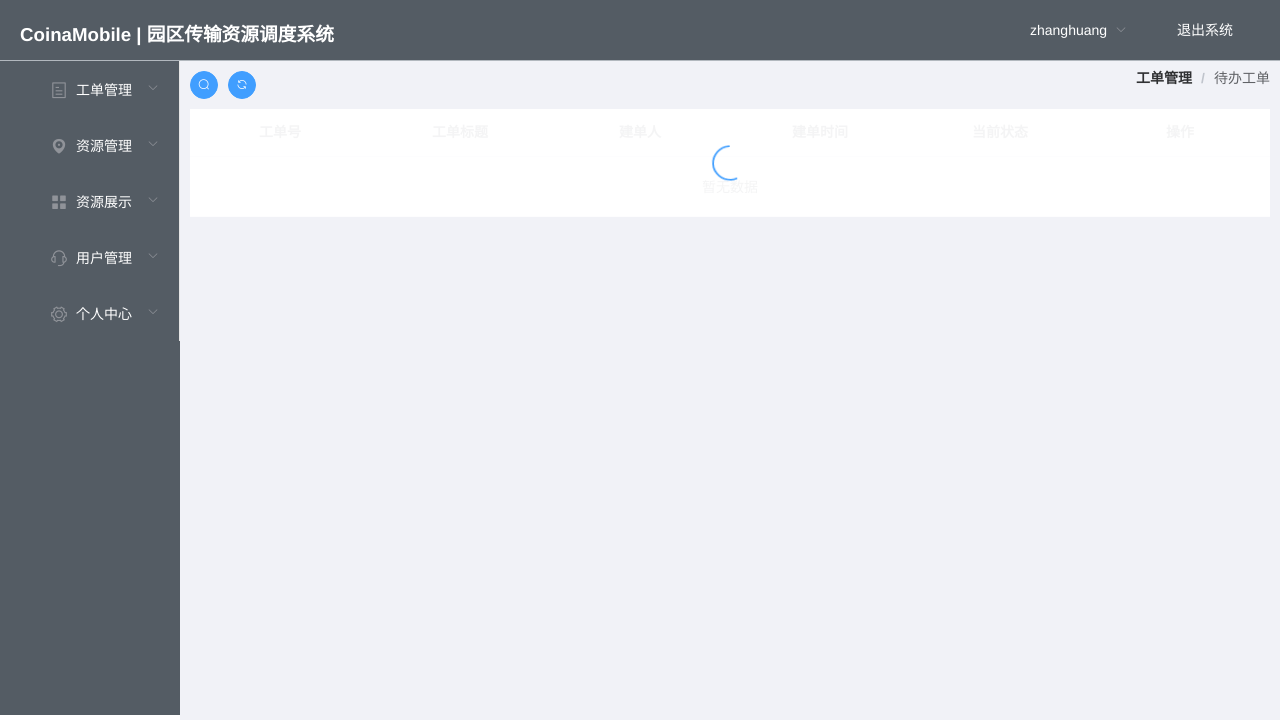
Repository: LezBaishi/yqpass
Page: / (app in yqpass-v1.5/frontend/)
An editor plug-in stored every save of this project. The page is shown before and after the next save, followed by the edit.
The browser window is 1280 px wide. The pictures show the whole page.
The page's requests for data from a server got no answer. The project was rebuilt for these pictures with package versions that can differ from the ones it lists, and the page was loaded fresh each time. No one was signed in, and anything a server would have sent is missing. Also part of the build but not shown: yqpass-v1.5/frontend/src/components/OrderlistNew.vue, yqpass-v1.5/frontend/src/components/OrderDetailUnfinished.vue, yqpass-v1.5/frontend/src/components/OrderDetailCompleted.vue, yqpass-v1.5/frontend/src/components/OrderlistCompleted.vue, yqpass-v1.5/frontend/src/components/ResCableDetail.vue, yqpass-v1.5/frontend/src/components/ResCable.vue, yqpass-v1.5/frontend/src/components/ResCircuit.vue, yqpass-v1.5/frontend/src/components/Resmanagement.vue and 13 more.

Above is the page before, as saved 2018-10-21 17:45:58.

### yqpass-v1.5/frontend/index.html
<!DOCTYPE html>
<html>
  <head>
    <meta charset="utf-8">
    <meta name="viewport" content="width=device-width,initial-scale=1.0">
    <title>zhang</title>
  </head>
  <body>
    <div id="app"></div>
    <!-- built files will be auto injected -->
  </body>
</html>

### yqpass-v1.5/frontend/src/main.js
// The Vue build version to load with the `import` command
// (runtime-only or standalone) has been set in webpack.base.conf with an alias.
import Vue from 'vue'
import App from './App'
import router from './router'
import ElementUI from 'element-ui'
import 'element-ui/lib/theme-chalk/index.css'
import $ from 'jquery'
import store from './store/store'

import './axios/'
import Axios from 'axios'
Axios.defaults.withCredentials = true
Vue.prototype.$http = Axios


Vue.use(ElementUI)
Vue.config.productionTip = false

/* eslint-disable no-new */
new Vue({
  el: '#app',
  store,
  router,
  components: { App },
  template: '<App/>'
})

### yqpass-v1.5/frontend/src/store/store.js
// The Vue build version to load with the `import` command
// (runtime-only or standalone) has been set in webpack.base.conf with an alias.
import Vue from 'vue'
import Vuex from 'vuex'

import mutations from './mutations';
import * as actions from './actions';
import * as getters from './getters';

Vue.use(Vuex);

import cookie from '../static/js/cookie'

const userInfo = {
	name:cookie.getCookie('name')||'',
	token:cookie.getCookie('token')||''
}

const state = {
	userInfo
}

export default new Vuex.Store({
	state,
	mutations,
	actions,
	getters
});

### yqpass-v1.5/frontend/src/components/Layout.vue
<template lang="html">
  <el-row class="panel">
    <el-row class="top">
      <el-col :span='24' class="panel-top">
        <el-col style="width:480px; padding-left:20px; height: 100%;align-items: flex-end;">
          <!-- <img src="../assets/logo1.png"  alt="log" class="img" /> -->
          <h3 style="color:#ffffff;">{{ msg }}</h3>
        </el-col>
        <el-col class='rightbar'>
          <el-menu mode="horizontal" @select="handleSelect" background-color="#545c64" text-color="#fff" active-text-color="#ffd04b">
            <el-submenu>
              <template slot="title">zhanghuang</template>
              <el-menu-item index="1">个人中心</el-menu-item>
            </el-submenu>
            <el-menu-item index="2">退出系统</el-menu-item>
          </el-menu>
            <!-- <el-dropdown trigger="click"  placement="bottom-end" v-if="userInfo.name">
            <span class="el-dropdown-link" v-model="name" style="cursor: pointer;font-weight:700l;font-size:15px;">
              欢迎您： {{userInfo.name}}<i class="el-icon-caret-bottom el-icon--right"></i>
            </span>
            <el-dropdown-menu slot="dropdown">
              <el-dropdown-item @click.native="toPersonCenter">个人中心</el-dropdown-item>
              <el-dropdown-item @click.native="toLogin">退出登录</el-dropdown-item>
            </el-dropdown-menu>
          </el-dropdown>
          <el-dropdown trigger="click" placement="top" v-else>
            <span class="el-dropdown-link" v-model="name" style="cursor: pointer;font-weight:700l;font-size:15px;">
              您好，请先登录<i class="el-icon-caret-bottom el-icon--right"></i>
            </span>
            <el-dropdown-menu slot="dropdown">
              <el-dropdown-item @click.native="firstLogin">前往登录</el-dropdown-item>
              <el-dropdown-item @click.native="firstRes">前往注册</el-dropdown-item>
            </el-dropdown-menu>
          </el-dropdown>             -->
        </el-col>
      </el-col>
    </el-row>
    <!-- <el-row class="top-nav">
      <el-col :span=10 :push="3">
          <el-tabs v-model="activeName" :stretch="true" @tab-click="handleClick" type="border-card">
          	<el-tab-pane v-for="(item, index) in label_list" :key="index" :label="item.title" :name="index">{{ item.title }}</el-tab-pane>
          </el-tabs>
      </el-col>
    </el-row> -->
    <el-row class="panel-center">
      <router-view></router-view>
    </el-row>
  </el-row>
</template>

<script>
import Orderlist from '../components/Orderlist'
import Resmanagement from '../components/Resmanagement'
import PersonCenter from '@/components/PersonCenter'
import { logout,getUserDetail } from '../api/api'
import { mapGetters } from 'vuex';
export default {
  components: {
  	Orderlist,
  	Resmanagement,
  	PersonCenter
  },
  data () {
    return {
      activeName: '0',
      msg: 'CoinaMobile  |  园区传输资源调度系统',
      label_list: [
        {
          title: '工单管理',
        },
        {
          title: '资源管理',
        },
        {
          title: '资源展示',
        },
        {
          title: '用户管理',
        }
      ]
    }
  },
  computed: {
  	...mapGetters({
  		userInfo: 'userInfo'
  	})
  },
  methods: {
    handleClick (tab, event) {
      console.log(tab, event);
      let urlStr = '/' + this.activeName;
      this.$router.push(urlStr);
    },
    toPersonCenter () {
	  	  getUserDetail({}).then((response)=> {
	  		if (response.data.code == 1) {
	  			this.$router.push({path: '/personcenter'})
	  		}else{
	  			return response.data.msg
	  		}
	  	})
    },
    handleSelect(key, keyPath) {
      console.log(key, keyPath);
      if (key == 1) {
        getUserDetail({}).then((response)=> {
	  		if (response.data.code == 1) {
	  			this.$router.push({path: '/personcenter'})
	  		}else{
	  			return response.data.msg
	  		}
	  	})
      }
      if (key == 2) {
        this.$confirm('是否确定退出系统', '提示', {
    		confirmButtonText: '确定',
    		cancelButtonText: '取消',
    		type: 'warning'
    	}).then(() => {
		  	  logout({}).then((response)=> {
		  		console.log(response);
		  		if (response.data.code == 1) {
    				this.$router.push({path: '/login'})
		  		}else{
		  			return response.data.msg
		  		}
		  	})
    	}).catch(() => {
    	});
      }
    },
    toLogin () {
    	this.$confirm('是否确定退出系统', '提示', {
    		confirmButtonText: '确定',
    		cancelButtonText: '取消',
    		type: 'warning'
    	}).then(() => {
		  	  logout({}).then((response)=> {
		  		console.log(response);
		  		if (response.data.code == 1) {
    				this.$router.push({path: '/login'})
		  		}else{
		  			return response.data.msg
		  		}
		  	})
    	}).catch(() => {

    	});
    },
    firstLogin () {
    	this.$router.push({path: '/login'})
    },
    firstRes () {
    	this.$router.push({path: '/reg'})
    }
  }
}
</script>

<!-- Add "scoped" attribute to limit CSS to this component only -->
<style lang="css" scoped>
h1, h2 {
  font-weight: normal;
}
ul {
  list-style-type: none;
  padding: 0;
}
li {
  display: inline-block;
  margin: 0 10px;
}
a {
  color: #42b983;
}
.panel {
  position:absolute;
  top:0;
  bottom: 5px;
  left: 0;
  right: 0;
  background:#ffffff;
}
.panel-top {
  display: flex;
  justify-content: space-between;
  height: 60px;
  background: #545c64;
  /* color: #c0ccda; */
  text-align: left;
  /* padding-left: 70px; */
}
.img{
  height:60px;
  left:0px;
  top:0px;
}
.rightbar {
  width: 280px;
  /* text-align: right; */
  /* padding-right: 20px; */
  /* line-height:50px; */
  /* align-items: center; */
  /* justify-content: flex-end; */
}
.top-nav {
	height: 40px;
}
.panel-center {
  background: #545c64;
  position: absolute;
  top: 60px;
  bottom: 0px;
  width: 100%;
  margin: auto 0;
    /*最外层要hidden*/
    /*这是行，绝对定位之后没有宽度因此必须设置width*/
}
.breadcrumb {
  margin-bottom: 10px;
}
.button_nav {
  margin-bottom: 10px;
}
.panel-c-c {
    /*这是列，因为已经有了列的宽度因此无需设置width*/
  background: #f1f2f7;
  position: absolute;
  right: 0px;
  top: 0px;
  bottom: 0px;
    /*内层设置滚动*/
  padding: 10px;
}
</style>

### yqpass-v1.5/frontend/src/components/Orderlist.vue
<template lang="html">
  <div>
  	<el-row class="sidebar">
    	<el-col>
        <el-menu router default-active="2" @open="handleOpen" @close="handleClose" background-color="#545c64" text-color="#fff" active-text-color="#ffd04b">
          <el-submenu index="1">
            <template slot="title">
              <i class="el-icon-tickets"></i>
              <span>工单管理</span>
            </template>
            <el-menu-item index="/0/orderNew">新建工单</el-menu-item>
            <el-menu-item index="/0/orderUnfinished">待办工单</el-menu-item>
            <el-menu-item index="/0/orderCompleted">已办工单</el-menu-item>
          </el-submenu>
          <el-submenu index="2">
            <template slot="title">
              <i class="el-icon-location"></i>
              <span>资源管理</span>
            </template>
            <el-menu-item index="/1/resCable">光缆总表</el-menu-item>
            <el-menu-item index="/1/resCircuit">已用电路</el-menu-item>
          </el-submenu>
          <el-submenu index="3">
            <template slot="title">
              <i class="el-icon-menu"></i>
              <span>资源展示</span>
            </template>
          </el-submenu>
          <el-submenu index="4">
            <template slot="title">
              <i class="el-icon-service"></i>
              <span>用户管理</span>
            </template>
            <el-menu-item index="/3/userList">用户列表</el-menu-item>
            <el-menu-item index="/3/roleList">角色列表</el-menu-item>
            <el-menu-item index="/3/deptList">部门列表</el-menu-item>
          </el-submenu>
          <el-submenu index="5">
            <template slot="title">
              <i class="el-icon-setting"></i>
              <span>个人中心</span>
            </template>
            <el-menu-item index="/personcenter/infor">个人信息</el-menu-item>
            <el-menu-item index="/personcenter/changepass">修改密码</el-menu-item>
          </el-submenu>
        </el-menu>
      </el-col>
    </el-row>
    <el-row class="panel-c-c">
      <el-col>
      	<router-view></router-view>
      </el-col>
    </el-row>
  </div>
</template>

<script>
import OrderlistNew from '../components/OrderlistNew'
import OrderlistUnfinished from '../components/OrderlistUnfinished'
import OrderlistCompleted from '../components/OrderlistCompleted'
export default {
  components: {
  	OrderlistNew,
  	OrderlistUnfinished,
  	OrderlistCompleted
  },
  data () {
    return {

    }
  },
  methods: {

  }
}
</script>

<!-- Add "scoped" attribute to limit CSS to this component only -->
<style lang="css" scoped>
.sidebar {
	position: fixed;
  top: 60px;
  bottom: 0px;
  left: 0px;
  width: 180px;
  border-top: 1px solid RGBA(178,184,190,1);
  z-index: 2000;
  overflow-x: scroll;
}
/* .el-menu-item {
  height: 100px;
  line-height: 50px;
  padding: 0 45px;
  min-width: 200px;
  font-size: 14px;
} */
.panel-c-c {
    /*这是列，因为已经有了列的宽度因此无需设置width*/
  background: #f1f2f7;
  position: fixed;
  top: 60px;
  bottom: 0px;
  left: 180px;
  right: 0px;
  border-top: 1px solid RGBA(178,184,190,1);
  overflow-y: scroll;
    /*内层设置滚动*/
  padding: 10px;
}
</style>

### yqpass-v1.5/frontend/src/components/OrderlistUnfinished.vue
<template lang="html">
  <div>
  	<el-row class="container">
      	<el-row v-if="seen" class="order_menu">
      		<el-form ref="search_form" :model="search_form" label-width="80px">
       		<el-row>
       			<h2 style="font-size:22px;">搜索工单</h2>
      			<el-col :offset="3" :span="8">
      				<el-form-item label="工单编号" prop="orderNum">
      					<el-input v-model="search_form.orderNum" placeholder="请输入工单号" clearable></el-input>
      				</el-form-item>
      			</el-col>
      			<el-col :push="2" :span="8">
      				<el-form-item label="工单日期">
      					<el-col :span="11">
      						<el-form-item prop="date1">
      							<el-date-picker type="date" placeholder="选择起始日期" v-model="search_form.date1" style="width:100%;"></el-date-picker>
      						</el-form-item>
      					</el-col>
      					<el-col class="line" :span="2">-</el-col>
      					<el-col :span="11">
      						<el-form-item prop="date2">
	      						<el-date-picker type="date" placeholder="选择结束日期" v-model="search_form.date2" style="width:100%;"></el-date-picker>
	      					</el-form-item>
      					</el-col>
      				</el-form-item>
      			</el-col>
	      	</el-row>
	      	<el-row>
	      		<el-col :offset="3" :span="8">
	      			<el-form-item label="工单标题" prop="title">
	      				<el-input v-model="search_form.title" placeholder="请输入工单标题" clearable></el-input>
	      			</el-form-item>
	      		</el-col>
	      		<el-col :push="2" :span="8">
	      			<el-form-item label="工单排序" prop="orderState">
	      				<el-select v-model="search_form.orderState" placeholder="请选择工单排序" style="width:100%;">
	      					<el-option label="正序" name="type" value="1"></el-option>
	      					<el-option label="倒序" name="type" value="0"></el-option>
	      				</el-select>
	      			</el-form-item>
	      		</el-col>
	      	</el-row>
	      	<el-row justify="space-around">
	      		<el-form-item>
	      			<el-col :push="9" :span="2">
						<el-button type="primary" size="medium" @click="searchOrder">搜索</el-button>
					</el-col>
					<el-col :push="9" :span="2">
						<el-button type="" size="medium" @click="resetForm('search_form')">重置</el-button>
					</el-col>
				</el-form-item>
	      	</el-row>
	      </el-form>
      	</el-row>
        <el-row>
          <el-col :span='12' class="button_nav">
          	<el-button type="primary" icon="el-icon-search" size="mini" circle style='float: left;' @click="searchBtn"></el-button>
           	<el-button type="primary" icon="el-icon-refresh" size="mini" circle style='float: left;' @click="refreshBtn"></el-button>
          </el-col>
          <el-col :span='12' class="breadcrumb">
            <el-breadcrumb separator="/" style='float: right;'>
              <el-breadcrumb-item :to="{ path: '/' }">工单管理</el-breadcrumb-item>
              <el-breadcrumb-item>待办工单</el-breadcrumb-item>
            </el-breadcrumb>
          </el-col>
        </el-row>
        <el-row>
        	<el-table :data="tableData" v-loading="loading">
  				<template v-for="column in tableColumns">
	  			<el-table-column header-align="center"
	  				:label="column.label"
	  				:prop="column.prop">
	  			</el-table-column>
  				</template>
  			<el-table-column
            	label="操作"
            	prop="" header-align="center">
            	<template slot-scope="scope">
               	 <el-button type="text" @click="onBtnDetailClick(scope.$index, tableData)">详情</el-button>
            	</template>
       		 </el-table-column>
  			</el-table>
		</el-row>
		<el-row>
			<el-pagination class="pageView" v-if="paginationShow" background @size-change="handleSizeChange" @current-change="handleCurrentChange" :page-sizes="pageSizeList" :page-size="pageSize" layout="total,sizes,prev,pager,next" :page-count="pageCount" :total="totalCount">
			</el-pagination>
		</el-row>
    </el-row>
  </div>
</template>

<script>
import OrderDetailUnfinished from '../components/OrderDetailUnfinished'
import { getTicketList } from '../api/api'
export default {
  data () {
    return {
		tableData: [],
		loading: true,
		pageNo: 1,
		totalPage: 0,
		totalCount: 0,
		pageCount: 10,
		paginationShow: false,
		pageSize: 10,
		pageSizeList: [5, 10, 15, 20],
		tableColumns: [
			{ label: '工单号', prop: 'sn'},
			{ label: '工单标题', prop: 'title' },
			{ label: '建单人', prop: 'creator'},
			{ label: '建单时间', prop: 'gmt_created'},
			{ label: '当前状态', prop: 'state_name'}
		],
    	seen: false,
    	search_form: [
    	{
    		orderNum: '',
    		date1: '',
    		date2: '',
    		title: '',
    		orderState: '',
    	}]
    }
  },
  methods: {
  	searchBtn () {
  		if (this.$data.seen == false){
  			this.$data.seen = true;
  		}else {
  			this.$data.seen = false;
  		}
	},
	refreshBtn () {
		this.getOrderList();
	},
  	searchOrder () {
		this.$data.seen = false;
		let paramsData = {};
		paramsData["category"] = "duty";
		paramsData["sn"] = this.search_form.orderNum;
		paramsData["title"] = this.search_form.title;
		if (!this.search_form.date1 == '') {
			paramsData["create_start"] = this.getDate(this.search_form.date1);
		}
		if (!this.search_form.date2 == '') {
			paramsData["create_end"] = this.getDate(this.search_form.date2);
		}
		paramsData["reverse"] = this.search_form.orderState;
		paramsData["per_page"] = this.pageSize;
		paramsData["page"] = this.pageNo;
		getTicketList({params : paramsData}).then((response)=> {
			if (response.data.code == 1) {
				this.loading = false;
				let list = response.data.data.value;
				console.log(list);
				this.tableData = [];
				for (var i=0; i<list.length; i++) {
					this.tableData.push({
						id: list[i].id,
						sn: list[i].sn,
						title: list[i].title,
						creator: list[i].creator,
						gmt_created: list[i].gmt_created,
						state_name: list[i].state.state_name
					})
				};
			}
		})
  	},
  	resetForm(formName) {
		this.search_form = [
    	{
    		orderNum: '',
    		date1: '',
    		date2: '',
    		title: '',
    		orderState: '',
    	}];
	},
	getDate (value) {
		let date = new Date(value);
        let y = date.getFullYear();
        let MM = date.getMonth() + 1;
        MM = MM < 10 ? ('0' + MM) : MM;
        let d = date.getDate();
        d = d < 10 ? ('0' + d) : d;
        let h = date.getHours();
        h = h < 10 ? ('0' + h) : h;
        let m = date.getMinutes();
        m = m < 10 ? ('0' + m) : m;
        let s = date.getSeconds();
        s = s < 10 ? ('0' + s) : s;
        //return y + '-' + MM + '-' + d + ' ' + h + ':' + m + ':' + s;
        return y + '-' + MM + '-' + d
	},
	getOrderList() {
		let paramsData = {};
		paramsData["category"] = "duty";
		paramsData["per_page"] = this.pageSize;
		paramsData["page"] = this.pageNo;
		console.log(paramsData);
		getTicketList({params : paramsData}).then((response)=> {
			console.log(response);
			if (response.data.code == 1)	{
				this.loading = false;
				let list = response.data.data.value;
				console.log(list);
				this.tableData = [];
				for (var i=0; i<list.length; i++) {
					this.tableData.push({
						id: list[i].id,
						sn: list[i].sn,
						title: list[i].title,
						creator: list[i].creator,
						gmt_created: list[i].gmt_created,
						state_name: list[i].state.state_name
					})
				};
				console.log(this.tableData);
				this.totalCount = response.data.data.total
				console.log(this.totalCount)
				this.totalPage = Math.ceil(response.data.data.total/this.pageSize)
			console.log(this.totalPage)
			if (this.totalPage > 1) {
				this.paginationShow = true;
			}
			}
		})
	},
	handleSizeChange(val) {
  		console.log('每页' + val + '条');
  		var pageSize = `${val}`
  		this.pageSize = parseInt(pageSize)
  		this.$nextTick(() => this.getOrderList())
  	},
  	handleCurrentChange(val) {
  		console.log(`当前页:`+val);
  		this.pageNo = val
  		this.getOrderList()
  	},
	onBtnDetailClick (index, rows) {
		let rowValue = JSON.parse(JSON.stringify(rows[index]));
		console.log(rowValue);
		this.$router.push({path: '/0/OrderDetailUnfinished', query: {id: rowValue.id}})
	}
  },
  created () {
	this.getOrderList();
  }
}
</script>

<!-- Add "scoped" attribute to limit CSS to this component only -->
<style lang="css" scoped>
.container {
  height: 100%;
  width: 100%;
}
.breadcrumb {
  margin-bottom: 10px;
}
.button_nav {
  margin-bottom: 10px;
}
.order_menu {
  -webkit-border-radius: 5px;
  border-radius: 5px;
  -moz-border-radius: 5px;
  background-color: #F9FAFC;
  margin: 10px auto 10px auto ;
  border: 2px solid #8492A6;
  padding: 0px 10px 0px 10px;
}
.pageView {
	height: 30px;
	display: flex;
	flex-direction: row;
	align-items: center;
	justify-content: center;
}
</style>

### yqpass-v1.5/frontend/src/store/mutations.js
import * as types from './mutation-types';
import cookie from '../static/js/cookie';
// 类似于事件 每个mutation都有字符类型的事件类型和回调函数
//全局引入vue
import Vue from 'vue';
import Axios from 'axios';
Vue.prototype.$http = Axios

export default {
    [types.SET_INFO] (state) {
        state.userInfo = {
            name:cookie.getCookie('name'),
        }
        console.log(state.userInfo);
    },

}

### yqpass-v1.5/frontend/src/store/actions.js
import * as types from './mutation-types';
// 提交mutation
function makeAction (type) {
  return ({ commit }, ...args) => commit(type, ...args);
};

export const setInfo = makeAction(types.SET_INFO);

### yqpass-v1.5/frontend/src/store/getters.js
export const userInfo = state => {
	return state.userInfo;
}

### yqpass-v1.5/frontend/src/store/mutation-types.js
// 使用常量替代mutation事件类型。
export const SET_INFO = 'SET_INFO';

Loaded but not shown: yqpass-v1.5/frontend/src/App.vue (common file); yqpass-v1.5/frontend/src/router/index.js (178 lines, source omitted); yqpass-v1.5/frontend/src/api/api.js (133 lines, source omitted); yqpass-v1.5/frontend/src/axios/index.js (45 lines, source omitted); yqpass-v1.5/frontend/src/static/js/cookie.js (28 lines, source omitted)

After the next save:
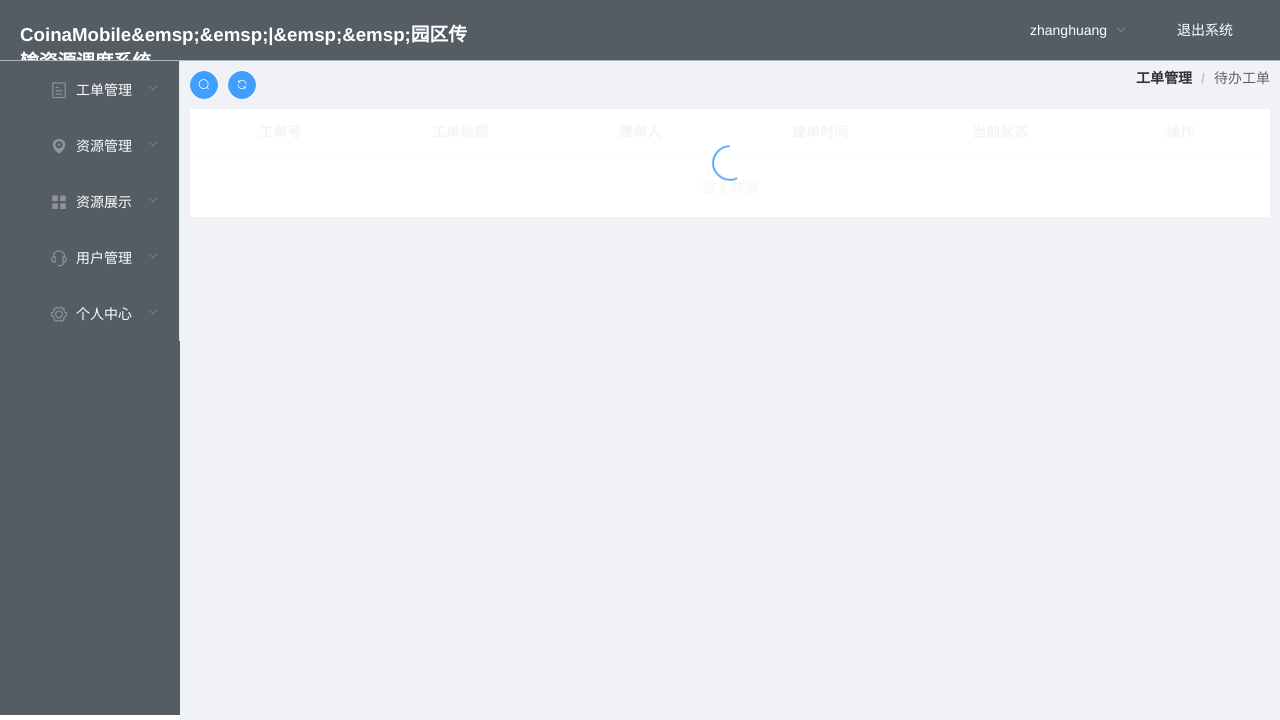
Saved 48 s later.
--- a/yqpass-v1.5/frontend/src/components/Layout.vue
+++ b/yqpass-v1.5/frontend/src/components/Layout.vue
@@ -63,7 +63,7 @@
   data () {
     return {
       activeName: '0',
-      msg: 'CoinaMobile  |  园区传输资源调度系统',
+      msg: 'CoinaMobile&emsp;&emsp;|&emsp;&emsp;园区传输资源调度系统',
       label_list: [
         {
           title: '工单管理',

After the save that followed:
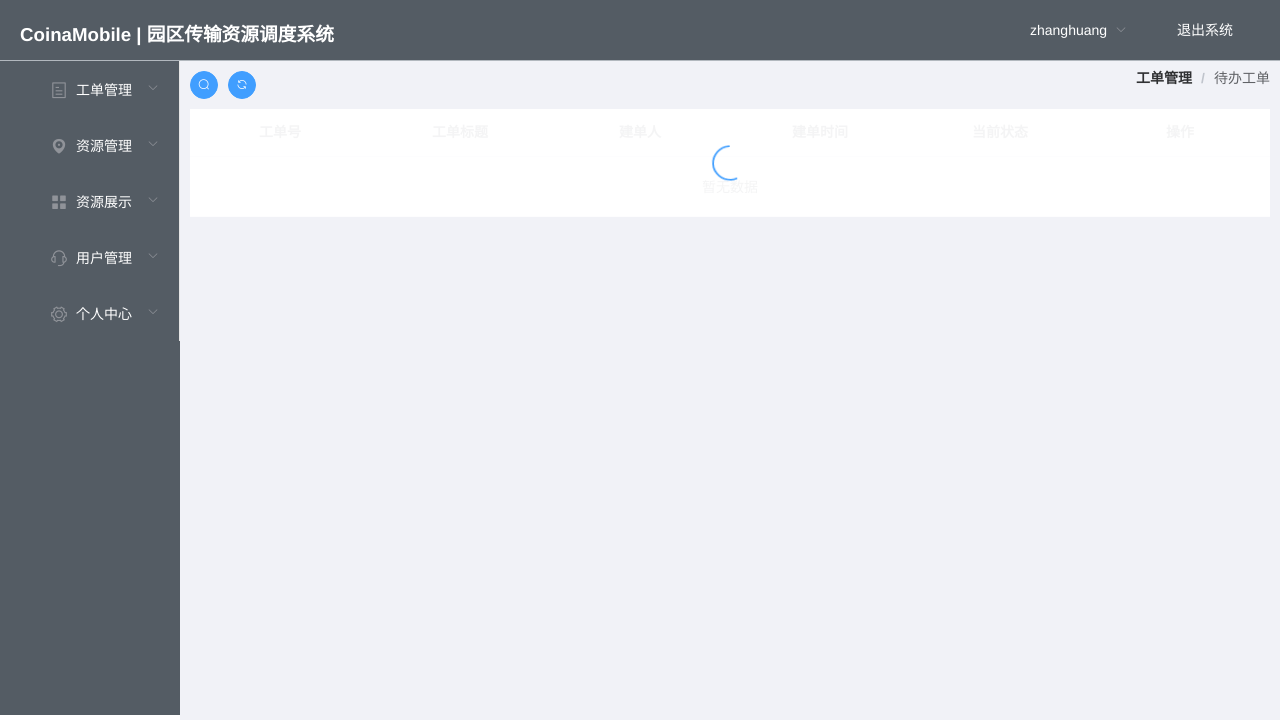
Saved 13 s later.
--- a/yqpass-v1.5/frontend/src/components/Layout.vue
+++ b/yqpass-v1.5/frontend/src/components/Layout.vue
@@ -63,7 +63,7 @@
   data () {
     return {
       activeName: '0',
-      msg: 'CoinaMobile&emsp;&emsp;|&emsp;&emsp;园区传输资源调度系统',
+      msg: 'CoinaMobile | 园区传输资源调度系统',
       label_list: [
         {
           title: '工单管理',
